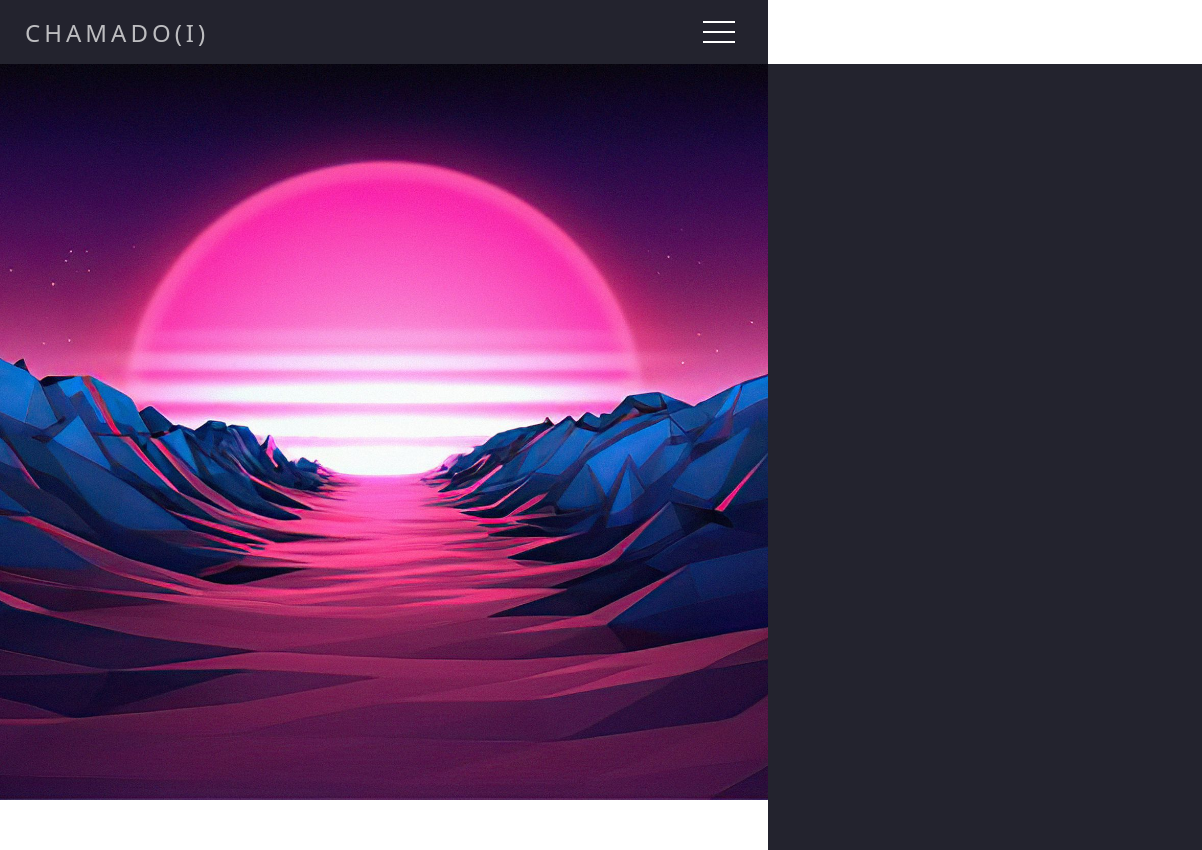
Repository: isaquemc2001/isaque-utilities
Page: index.html
The author's editor kept a copy of each file at every save. The page is drawn from the files as they stood at one save, then again after a run of saves.
The browser window is 768 px wide. The page is 1202 px wide, then 1152 px, so the pictures cover 1202 px, including what lies to the right of the window. The pictures show the whole page.

Above is the page before, as saved 2021-10-28 12:05:44.

### index.html
<!DOCTYPE html>
<html lang="pt-br">

<head>
    <meta charset="UTF-8">
    <meta http-equiv="X-UA-Compatible" content="IE=edge">
    <meta name="viewport" content="width=device-width, initial-scale=1.0">
    <title>Chamado</title>

    <link rel="stylesheet" href="style.css">
</head>

<body>

    <header>
        <nav class="shadow">
            <a class="logo" href="#">Chamado(i)</a>
            <div class="mobile-menu">
                <div class="line1"></div>
                <div class="line2"></div>
                <div class="line3"></div>
            </div>
            <ul class="nav-list">
                <li><a href="#">Inicio</a></li>
                <li><a href="#">Cadastro</a></li>
                <li><a href="#">Sair</a></li>
            </ul>
        </nav>
    </header>

    <main></main>

    <script src="mobile_navbar.js"></script>

</body>

</html>

### style.css
* {
    margin: 0;
    padding: 0;
}

a {
    color: #FFFFFF;
    text-decoration: none;
    transition: 0.3s;
}

a:hover {
    opacity: 0.7;
}

.logo {
    font-size: 24px;
    text-transform: uppercase;
    letter-spacing: 4px;
    padding: 25px;
}

nav {
    display: flex;
    justify-content: space-between;
    align-items: center;
    font-family: system-ui, -apple-system, Helvetica, Arial, sans-serif;
    background: #23232e;
    height: 8vh;
}

main {
    background: url("bg.jpg") no-repeat center center;
    background-size: cover;
    height: 92vh;
}

.nav-list {
    list-style: none;
    display: flex;
    padding: 25px;;
}

.nav-list li {
    letter-spacing: 3px;
    margin-left: 32px;
}

.mobile-menu {
    display: none;
    cursor: pointer;
}

.mobile-menu div {
    width: 32px;
    height: 2px;
    background: #fff;
    margin: 8px;
    transition: 0.3s;
}

@media (max-width: 999px) {
    body {
        overflow-x: hidden;
    }
    .nav-list {
        position: absolute;
        top: 8vh;
        right: 0;
        width: 50vw;
        height: 92vh;
        background: #23232e;
        flex-direction: column;
        align-items: center;
        transform: translate(100%);
        transition: transform 0.3s ease-in;
    }
    .nav-list li {
        margin-left: 0;
        opacity: 0;
        letter-spacing: 3px;
        margin-top: 32px;
    }
    .mobile-menu {
        display: block;
        padding: 25px;
    }
    .logo {
        font-size: 24px;
        text-transform: uppercase;
        letter-spacing: 4px;
        padding: 25px;
    }
}

.nav-list.active {
    transform: translateX(0);
}

@keyframes navLinkFade {
    from {
        opacity: 0;
        transform: translateX(50px);
    }

    to {
        opacity: 1;
        transform: translateX(0);
    }
}

.mobile-menu.active .line1 {
    transform: rotate(-45deg) translate(-8px, 8px);
}

.mobile-menu.active .line2 {
    opacity: 0;
}

.mobile-menu.active .line3 {
    transform: rotate(45deg) translate(-6px, -6px);
}

### mobile_navbar.js
class MobileNavbar {
    constructor(mobileMenu, navList, navLinks) {
        this.mobileMenu = document.querySelector(mobileMenu);
        this.navList = document.querySelector(navList);
        this.navLinks = document.querySelectorAll(navLinks);
        this.activeClass = "active";

        this.handleClick = this.handleClick.bind(this);
    }

    animateLinks() {
        this.navLinks.forEach((link, index) => {
            link.style.animation
            ? (link.style.animation = "")
            : (link.style.animation = 'navLinkFade 0.5s ease forwards 0.3s');
        });
    }

    handleClick() {
        this.navList.classList.toggle(this.activeClass);
        this.mobileMenu.classList.toggle(this.activeClass);
        this.animateLinks();
    }

    addClickEvent() {
        this.mobileMenu.addEventListener("click", this.handleClick);
    }

    init() {
        if (this.mobileMenu) {
            this.addClickEvent();
        }
        return this;
    }
}

const mobileNavbar = new MobileNavbar(
    ".mobile-menu",
    ".nav-list",
    ".nav-list li",
);

mobileNavbar.init();

After the next 2 saves:
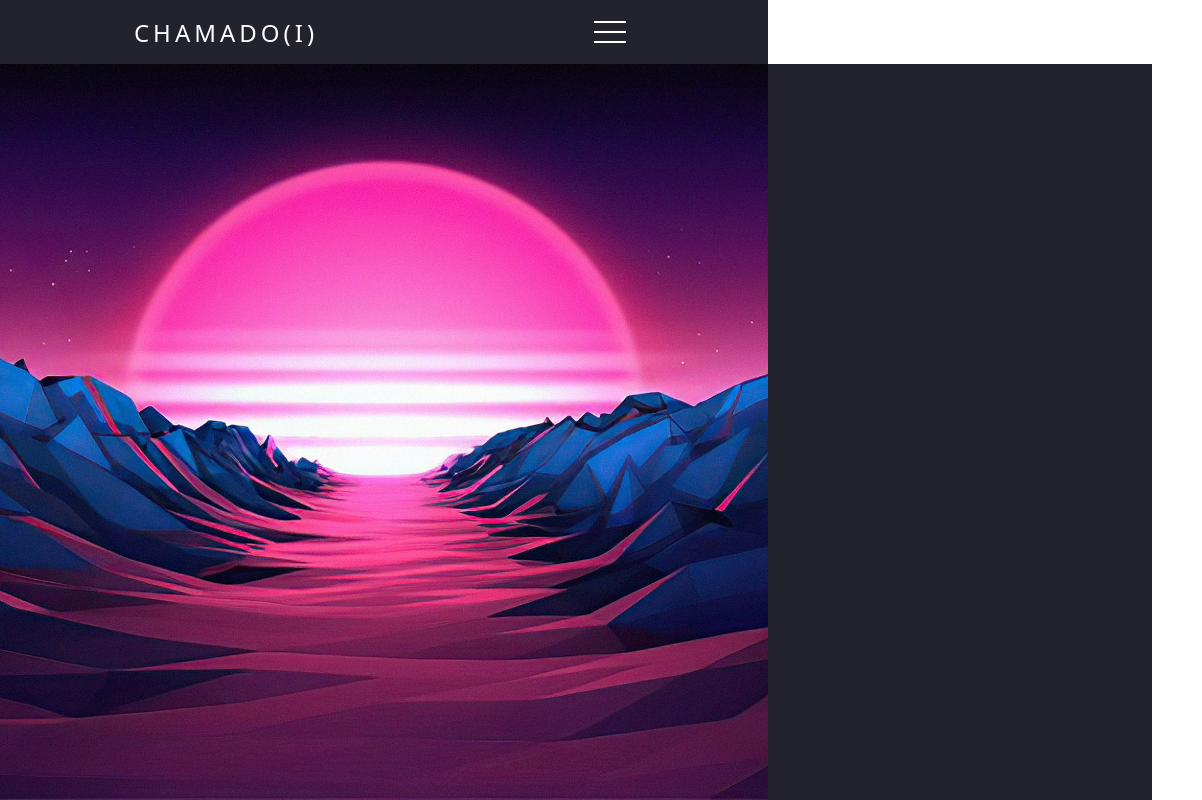
The 2 saves are shown as one change because they came seconds apart.
The last was saved 24 min 43 s later.
--- a/style.css
+++ b/style.css
@@ -4,7 +4,7 @@
 }
 
 a {
-    color: #FFFFFF;
+    color: #fff;
     text-decoration: none;
     transition: 0.3s;
 }
@@ -17,12 +17,11 @@ a:hover {
     font-size: 24px;
     text-transform: uppercase;
     letter-spacing: 4px;
-    padding: 25px;
 }
 
 nav {
     display: flex;
-    justify-content: space-between;
+    justify-content: space-around;
     align-items: center;
     font-family: system-ui, -apple-system, Helvetica, Arial, sans-serif;
     background: #23232e;
@@ -38,7 +37,6 @@ main {
 .nav-list {
     list-style: none;
     display: flex;
-    padding: 25px;;
 }
 
 .nav-list li {
@@ -72,24 +70,16 @@ main {
         background: #23232e;
         flex-direction: column;
         align-items: center;
-        transform: translate(100%);
+        justify-content: space-around;
+        transform: translateX(100%);
         transition: transform 0.3s ease-in;
     }
     .nav-list li {
         margin-left: 0;
         opacity: 0;
-        letter-spacing: 3px;
-        margin-top: 32px;
     }
     .mobile-menu {
         display: block;
-        padding: 25px;
-    }
-    .logo {
-        font-size: 24px;
-        text-transform: uppercase;
-        letter-spacing: 4px;
-        padding: 25px;
     }
 }
 
@@ -102,7 +92,6 @@ main {
         opacity: 0;
         transform: translateX(50px);
     }
-
     to {
         opacity: 1;
         transform: translateX(0);
@@ -118,5 +107,5 @@ main {
 }
 
 .mobile-menu.active .line3 {
-    transform: rotate(45deg) translate(-6px, -6px);
+    transform: rotate(45deg) translate(-5px, -7px);
 }
